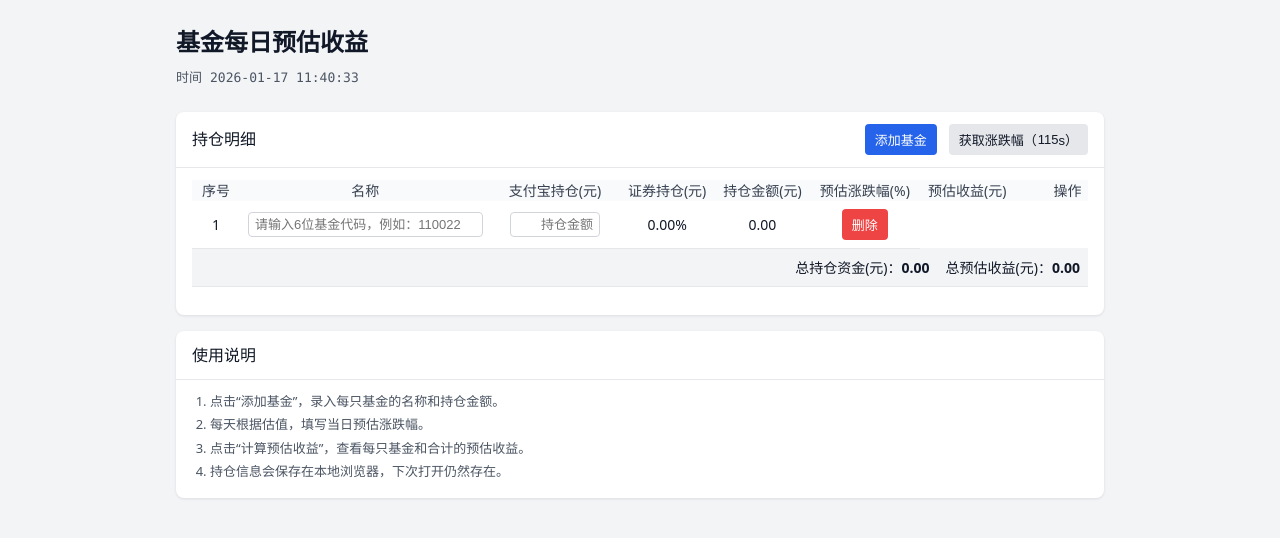
Repository: zt-boom/finance
Page: index.html
The author's editor kept a copy of each file at every save. The page is drawn from the files as they stood at one save, then again after the next save.
The browser window is 1280 px wide. The pictures show the whole page.

Above is the page before, as saved 2026-01-17 14:36:52.

### index.html
<!DOCTYPE html>
<html lang="zh-CN">
<head>
<meta charset="UTF-8">
<title>基金每日预估收益</title>
<meta name="viewport" content="width=device-width,initial-scale=1">
<link rel="stylesheet" href="./style.css">
</head>
<body>
<div class="app">
<header class="app-header">
<h1>基金每日预估收益</h1>
<div class="date-row">
<span>时间</span>
<span id="current-date"></span>
</div>
</header>
<main class="app-main">
<section class="card">
<div class="card-header">
<h2>持仓明细</h2>
<div class="card-header-actions">
<button id="add-fund-btn" class="primary-button">添加基金</button>
<button id="fetch-percent-btn" class="secondary-button">
获取涨跌幅（<span id="auto-refresh-countdown">120</span>s）
</button>
</div>
</div>
<div class="card-body">
<div class="table-wrapper">
<table class="fund-table">
<thead>
<tr>
<th class="index-col">序号</th>
<th>名称</th>
<th>支付宝持仓(元)</th>
<th>证券持仓(元)</th>
<th>持仓金额(元)</th>
<th>预估涨跌幅(%)</th>
<th>预估收益(元)</th>
<th>操作</th>
</tr>
</thead>
<tbody id="fund-table-body"></tbody>
<tfoot>
<tr class="summary-row">
<td colspan="8">
<div class="summary-items">
<div class="summary-left">
<span>总持仓资金(元)：<strong id="total-amount">0.00</strong></span>
<span>总预估收益(元)：<strong id="total-profit">0.00</strong></span>
</div>
</div>
</td>
</tr>
</tfoot>
</table>
</div>
</div>
</section>
<section class="card">
<div class="card-header">
<h2>使用说明</h2>
</div>
<div class="card-body instructions">
<ol>
<li>点击“添加基金”，录入每只基金的名称和持仓金额。</li>
<li>每天根据估值，填写当日预估涨跌幅。</li>
<li>点击“计算预估收益”，查看每只基金和合计的预估收益。</li>
<li>持仓信息会保存在本地浏览器，下次打开仍然存在。</li>
</ol>
</div>
</section>
</main>
</div>
<script src="./main.js"></script>
</body>
</html>

### style.css
* {
box-sizing: border-box;
margin: 0;
padding: 0;
}

body {
font-family: system-ui, -apple-system, BlinkMacSystemFont, "Segoe UI", sans-serif;
background-color: #f3f4f6;
color: #111827;
line-height: 1.5;
}

.app {
max-width: 960px;
margin: 0 auto;
padding: 24px 16px 40px;
}

.app-header {
display: flex;
flex-direction: column;
gap: 8px;
margin-bottom: 24px;
}

.app-header h1 {
font-size: 24px;
font-weight: 600;
color: #111827;
}

.date-row {
display: flex;
gap: 8px;
align-items: center;
font-size: 13px;
color: #4b5563;
}

.date-row span:last-child {
font-family: ui-monospace, SFMono-Regular, Menlo, Monaco, Consolas, "Liberation Mono", "Courier New", monospace;
font-variant-numeric: tabular-nums;
}

.app-main {
display: flex;
flex-direction: column;
gap: 16px;
}

.card {
background-color: #ffffff;
border-radius: 8px;
box-shadow: 0 1px 3px rgba(15, 23, 42, 0.1);
overflow: hidden;
}

.card-header {
display: flex;
justify-content: space-between;
align-items: center;
padding: 12px 16px;
border-bottom: 1px solid #e5e7eb;
}

.card-header h2 {
font-size: 16px;
font-weight: 500;
}

.card-header-actions {
display: flex;
align-items: center;
gap: 12px;
}

.card-body {
padding: 12px 16px 16px;
}

.table-wrapper {
overflow-x: auto;
margin-bottom: 12px;
}

.fund-table {
width: 100%;
border-collapse: collapse;
font-size: 14px;
}

.fund-table td {
border-bottom: 1px solid #e5e7eb;
padding: 8px;
text-align: left;
}

.fund-table th.index-col,
.fund-table td[data-role="row-index"] {
width: 48px;
text-align: center;
}

.fund-table td:nth-child(3),
.fund-table td:nth-child(4),
.fund-table td:nth-child(5),
.fund-table td:nth-child(6),
.fund-table td:nth-child(7) {
text-align: center;
}

.fund-table thead {
background-color: #f9fafb;
}

.fund-table th {
font-weight: 500;
color: #374151;
text-align: center;
}

.fund-table tbody tr:nth-child(even) {
background-color: #f9fafb;
}

.fund-table input {
width: 100%;
padding: 4px 6px;
font-size: 13px;
border-radius: 4px;
border: 1px solid #d1d5db;
outline: none;
text-align: right;
}

.fund-table input.narrow-number-input {
width: 90px;
margin: 0 auto;
}

.fund-table td:nth-child(2) input {
text-align: left;
}

.fund-table th:nth-child(8),
.fund-table td:nth-child(8) {
padding-left: 32px;
}

.fund-table input[type="number"]::-webkit-outer-spin-button,
.fund-table input[type="number"]::-webkit-inner-spin-button {
-webkit-appearance: none;
margin: 0;
}

.fund-table input[type="number"] {
-moz-appearance: textfield;
}

.fund-table input:focus {
border-color: #2563eb;
box-shadow: 0 0 0 1px rgba(37, 99, 235, 0.2);
}

.value-positive {
color: #ef4444;
}

.value-negative {
color: #10b981;
}

.value-zero {
color: #6b7280;
}

.summary-row td {
font-weight: 600;
color: #111827;
background-color: #f3f4f6;
}

.summary-items {
display: flex;
flex-wrap: wrap;
gap: 4px 16px;
justify-content: flex-end;
align-items: center;
}

#auto-refresh-countdown {
display: inline-block;
width: 3ch;
text-align: right;
}

.summary-items span {
font-weight: 500;
white-space: nowrap;
}

.summary-left {
display: flex;
flex-wrap: wrap;
gap: 4px 16px;
align-items: center;
}

.primary-button,
.secondary-button,
.danger-button {
border-radius: 4px;
border: none;
cursor: pointer;
font-size: 13px;
padding: 6px 10px;
display: inline-flex;
align-items: center;
justify-content: center;
}

.primary-button {
background-color: #2563eb;
color: #ffffff;
}

.primary-button:hover {
background-color: #1d4ed8;
}

.secondary-button {
background-color: #e5e7eb;
color: #111827;
}

.secondary-button:hover {
background-color: #d1d5db;
}

.danger-button {
background-color: #ef4444;
color: #ffffff;
}

.danger-button:hover {
background-color: #dc2626;
}

.actions-row {
display: none;
}

.instructions {
font-size: 13px;
color: #4b5563;
}

.instructions ol {
padding-left: 18px;
display: flex;
flex-direction: column;
gap: 4px;
}

@media (max-width: 640px) {
.app {
padding-inline: 12px;
}
.card-header {
flex-direction: column;
gap: 8px;
align-items: flex-start;
}
}

### main.js
const STORAGE_KEY = "fund_holdings_v1";

function formatCurrency(value) {
if (Number.isNaN(value)) return "0.00";
return value.toFixed(2);
}

function formatNumber(value) {
if (Number.isNaN(value)) return "";
return value.toFixed(2);
}

function getTodayDateString() {
const now = new Date();
const year = String(now.getFullYear());
const month = String(now.getMonth() + 1).padStart(2, "0");
const day = String(now.getDate()).padStart(2, "0");
const hours = String(now.getHours()).padStart(2, "0");
const minutes = String(now.getMinutes()).padStart(2, "0");
const seconds = String(now.getSeconds()).padStart(2, "0");
return `${year}-${month}-${day} ${hours}:${minutes}:${seconds}`;
}

const fundJsonpRequests = [];

function ensureJsonpHandler() {
if (window._fundJsonpInitialized) {
return;
}
window._fundJsonpInitialized = true;
window.jsonpgz = function (data) {
if (!data || !data.fundcode) {
return;
}
const code = data.fundcode;
while (true) {
let index = -1;
for (let i = 0; i < fundJsonpRequests.length; i += 1) {
if (fundJsonpRequests[i].code === code) {
index = i;
break;
}
}
if (index === -1) {
break;
}
const request = fundJsonpRequests.splice(index, 1)[0];
try {
const value = request.transform ? request.transform(data) : data;
request.resolve(value);
} catch (e) {
if (request.reject) {
if (e instanceof Error) {
request.reject(e);
} else {
request.reject(new Error("解析基金数据失败"));
}
}
}
}
};
}

function fetchFundEstimate(code) {
return new Promise((resolve, reject) => {
if (!code) {
reject(new Error("缺少基金代码"));
return;
}
ensureJsonpHandler();
fundJsonpRequests.push({
code,
resolve,
reject,
transform: data => {
const percent = parseFloat(data.gszzl);
if (Number.isNaN(percent)) {
throw new Error("无效的涨跌幅数据");
}
return percent;
}
});
const script = document.createElement("script");
script.src = `https://fundgz.1234567.com.cn/js/${code}.js?rt=${Date.now()}`;
script.onerror = () => {
for (let i = 0; i < fundJsonpRequests.length; i += 1) {
if (fundJsonpRequests[i].code === code) {
const request = fundJsonpRequests.splice(i, 1)[0];
request.reject(new Error("获取基金数据失败"));
break;
}
}
};
document.body.appendChild(script);
});
}

function fetchFundInfo(code) {
return new Promise((resolve, reject) => {
if (!code) {
reject(new Error("缺少基金代码"));
return;
}
ensureJsonpHandler();
fundJsonpRequests.push({
code,
resolve,
reject,
transform: data => data
});
const script = document.createElement("script");
script.src = `https://fundgz.1234567.com.cn/js/${code}.js?rt=${Date.now()}`;
script.onerror = () => {
for (let i = 0; i < fundJsonpRequests.length; i += 1) {
if (fundJsonpRequests[i].code === code) {
const request = fundJsonpRequests.splice(i, 1)[0];
request.reject(new Error("获取基金数据失败"));
break;
}
}
};
document.body.appendChild(script);
});
}

function parseFundCodeFromName(name) {
if (!name) return null;
const match = name.match(/(\d{6})/);
if (!match) {
return null;
}
return match[1];
}

function loadHoldingsFromStorage() {
try {
const raw = window.localStorage.getItem(STORAGE_KEY);
if (!raw) return [];
const parsed = JSON.parse(raw);
if (!Array.isArray(parsed)) return [];
return parsed;
} catch (e) {
return [];
}
}

function saveHoldingsToStorage(holdings) {
try {
const serialized = JSON.stringify(holdings);
window.localStorage.setItem(STORAGE_KEY, serialized);
} catch (e) {
}
}

function createTableRow(fund) {
const tr = document.createElement("tr");
const indexTd = document.createElement("td");
const nameTd = document.createElement("td");
const amountTd = document.createElement("td");
const percentTd = document.createElement("td");
const profitTd = document.createElement("td");
const actionsTd = document.createElement("td");
const nameInput = document.createElement("input");
nameInput.type = "text";
nameInput.value = fund.name || "";
nameInput.placeholder = "请输入6位基金代码，例如：110022";
nameInput.addEventListener("change", handleStorageUpdate);
nameInput.addEventListener("keydown", event => {
if (event.key === "Enter") {
event.preventDefault();
const raw = nameInput.value.trim();
const code = parseFundCodeFromName(raw);
if (!code) {
window.alert("请先输入6位基金代码");
return;
}
const rows = document.querySelectorAll('tr[data-role="fund-row"]');
let duplicate = false;
rows.forEach(row => {
const inputs = row.querySelectorAll("input");
const otherNameInput = inputs[0];
if (!otherNameInput || otherNameInput === nameInput) {
return;
}
const otherCode = parseFundCodeFromName(otherNameInput.value.trim());
if (otherCode && otherCode === code) {
duplicate = true;
}
});
if (duplicate) {
window.alert("该基金代码已存在，请不要重复添加");
return;
}
nameInput.disabled = true;
fetchFundInfo(code).then(data => {
nameInput.disabled = false;
if (!data || !data.name) {
window.alert("未能获取基金名称，请检查基金代码");
return;
}
nameInput.value = `${code}  ${data.name}`;
handleStorageUpdate();
}).catch(() => {
nameInput.disabled = false;
window.alert("未能获取基金名称，请检查基金代码或网络连接");
});
}
});
const amountInput = document.createElement("input");
amountInput.type = "number";
amountInput.step = "0.01";
amountInput.min = "0";
amountInput.value = fund.amount != null ? String(fund.amount) : "";
amountInput.placeholder = "持仓金额";
amountInput.addEventListener("change", handleStorageUpdate);
amountInput.className = "narrow-number-input";
const percentSpan = document.createElement("span");
percentSpan.textContent = "0.00%";
const profitSpan = document.createElement("span");
profitSpan.textContent = "0.00";
const deleteButton = document.createElement("button");
deleteButton.textContent = "删除";
deleteButton.className = "danger-button";
deleteButton.addEventListener("click", () => {
const inputs = tr.querySelectorAll("input");
const nameValue = inputs[0] ? inputs[0].value.trim() : "";
const amountValue = inputs[1] ? inputs[1].value.trim() : "";
const isEmptyRow = !nameValue && !amountValue;
if (!isEmptyRow) {
const confirmed = window.confirm("确定要删除这条持仓记录吗？");
if (!confirmed) {
return;
}
}
tr.remove();
handleStorageUpdate();
calculateProfit();
updateRowIndices();
});
indexTd.dataset.role = "row-index";
percentTd.dataset.role = "percent-cell";
profitTd.dataset.role = "profit-cell";
nameTd.appendChild(nameInput);
amountTd.appendChild(amountInput);
percentTd.appendChild(percentSpan);
profitTd.appendChild(profitSpan);
actionsTd.appendChild(deleteButton);
tr.appendChild(indexTd);
tr.appendChild(nameTd);
tr.appendChild(amountTd);
tr.appendChild(percentTd);
tr.appendChild(profitTd);
tr.appendChild(actionsTd);
tr.dataset.role = "fund-row";
return tr;
}

function readHoldingsFromTable() {
const rows = document.querySelectorAll('tr[data-role="fund-row"]');
const holdings = [];
rows.forEach(row => {
const inputs = row.querySelectorAll("input");
const nameInput = inputs[0];
const amountInput = inputs[1];
const name = nameInput.value.trim();
const amount = parseFloat(amountInput.value);
if (!name && (Number.isNaN(amount) || amount <= 0)) {
return;
}
holdings.push({
name,
amount: Number.isNaN(amount) ? 0 : amount
});
});
return holdings;
}

function handleStorageUpdate() {
const holdings = readHoldingsFromTable();
saveHoldingsToStorage(holdings);
}

function populateTableFromStorage() {
const tbody = document.getElementById("fund-table-body");
tbody.innerHTML = "";
const holdings = loadHoldingsFromStorage();
if (holdings.length === 0) {
const row = createTableRow({ name: "", amount: null });
tbody.appendChild(row);
updateRowIndices();
return;
}
holdings.forEach(fund => {
const row = createTableRow(fund);
tbody.appendChild(row);
});
updateRowIndices();
}

function calculateProfit() {
const rows = document.querySelectorAll('tr[data-role="fund-row"]');
let totalProfit = 0;
let totalHoldingAmount = 0;
let activeAmount = 0;
rows.forEach(row => {
const inputs = row.querySelectorAll("input");
const amountInput = inputs[1];
const amount = parseFloat(amountInput.value);
const percentCell = row.querySelector('td[data-role="percent-cell"] span');
const percent = percentCell ? parseFloat(percentCell.textContent) : NaN;
const profitCell = row.querySelector('td[data-role="profit-cell"] span');
if (!Number.isNaN(amount)) {
totalHoldingAmount += amount;
}
if (Number.isNaN(amount) || Number.isNaN(percent)) {
profitCell.textContent = "0.00";
applyProfitColor(profitCell, 0);
return;
}
const profit = amount * percent / 100;
totalProfit += profit;
activeAmount += amount;
profitCell.textContent = formatCurrency(profit);
applyProfitColor(profitCell, profit);
});
const totalAmountElement = document.getElementById("total-amount");
const totalPercentElement = document.getElementById("total-percent");
if (totalAmountElement) {
totalAmountElement.textContent = formatCurrency(totalHoldingAmount);
}
if (totalPercentElement) {
const totalPercent = activeAmount > 0 ? (totalProfit / activeAmount) * 100 : 0;
totalPercentElement.textContent = formatCurrency(totalPercent);
}
const totalProfitElement = document.getElementById("total-profit");
totalProfitElement.textContent = formatCurrency(totalProfit);
applyProfitColor(totalProfitElement, totalProfit);
}

function autoFetchPercentages(options) {
const useButton = !options || options.useButton !== false;
const showAlert = !options || options.showAlert !== false;
const rows = document.querySelectorAll('tr[data-role="fund-row"]');
const promises = [];
rows.forEach(row => {
const inputs = row.querySelectorAll("input");
const nameInput = inputs[0];
const name = nameInput ? nameInput.value.trim() : "";
const code = parseFundCodeFromName(name);
if (!code) {
return;
}
const percentCell = row.querySelector('td[data-role="percent-cell"] span');
if (!percentCell) {
return;
}
const promise = fetchFundEstimate(code).then(percent => {
const value = formatNumber(percent);
percentCell.textContent = `${value}%`;
return true;
}).catch(() => false);
promises.push(promise);
});
if (promises.length === 0) {
if (showAlert) {
window.alert("请先在名称中输入包含6位基金代码的内容");
}
return;
}
const fetchButton = useButton ? document.getElementById("fetch-percent-btn") : null;
if (fetchButton) {
fetchButton.disabled = true;
}
Promise.all(promises).then(results => {
const successCount = results.filter(Boolean).length;
if (fetchButton) {
fetchButton.disabled = false;
}
if (successCount === 0) {
if (showAlert) {
window.alert("未能获取任何基金的预估涨跌幅，请检查基金代码或网络连接");
}
return;
}
calculateProfit();
});
}

function applyProfitColor(element, value) {
if (!element) {
return;
}
element.classList.remove("value-positive", "value-negative", "value-zero");
if (Number.isNaN(value)) {
return;
}
if (value > 0) {
element.classList.add("value-positive");
} else if (value < 0) {
element.classList.add("value-negative");
} else {
element.classList.add("value-zero");
}
}

function initApp() {
const dateElement = document.getElementById("current-date");
if (dateElement) {
dateElement.textContent = getTodayDateString();
}
populateTableFromStorage();
const addFundButton = document.getElementById("add-fund-btn");
const fetchPercentButton = document.getElementById("fetch-percent-btn");
const countdownElement = document.getElementById("auto-refresh-countdown");
const autoRefreshSeconds = 120;
let remainingSeconds = autoRefreshSeconds;
function updateCountdown() {
if (countdownElement) {
countdownElement.textContent = String(remainingSeconds);
}
}
function resetCountdown() {
remainingSeconds = autoRefreshSeconds;
updateCountdown();
}
updateCountdown();
if (addFundButton) {
addFundButton.addEventListener("click", () => {
const tbody = document.getElementById("fund-table-body");
const row = createTableRow({ name: "", amount: null });
tbody.appendChild(row);
updateRowIndices();
});
}
if (fetchPercentButton) {
fetchPercentButton.addEventListener("click", () => {
autoFetchPercentages({ useButton: true, showAlert: true });
resetCountdown();
});
}
if (dateElement) {
setInterval(() => {
dateElement.textContent = getTodayDateString();
}, 1000);
}
setInterval(() => {
remainingSeconds -= 1;
if (remainingSeconds <= 0) {
autoFetchPercentages({ useButton: false, showAlert: false });
remainingSeconds = autoRefreshSeconds;
}
updateCountdown();
}, 1000);
}

function updateRowIndices() {
const rows = document.querySelectorAll('tr[data-role="fund-row"]');
rows.forEach((row, index) => {
const indexCell = row.querySelector('td[data-role="row-index"]');
if (indexCell) {
indexCell.textContent = String(index + 1);
}
});
}

if (document.readyState === "loading") {
document.addEventListener("DOMContentLoaded", initApp);
} else {
initApp();
}

After the next save:
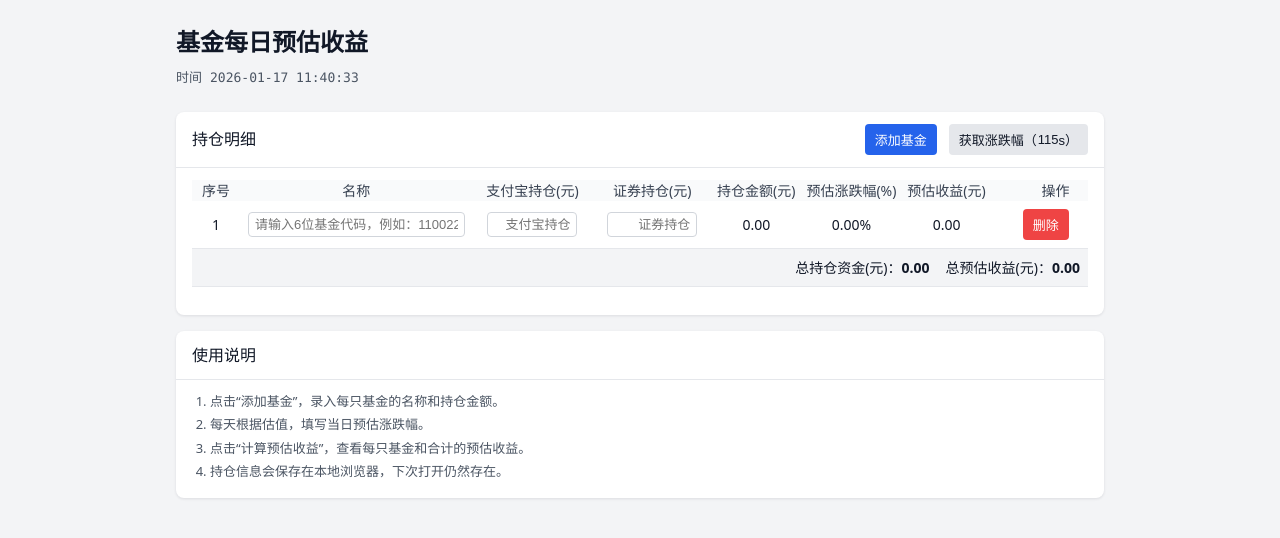
Saved 16 s later.
--- a/main.js
+++ b/main.js
@@ -156,6 +156,8 @@ function createTableRow(fund) {
 const tr = document.createElement("tr");
 const indexTd = document.createElement("td");
 const nameTd = document.createElement("td");
+const zfbAmountTd = document.createElement("td");
+const stockAmountTd = document.createElement("td");
 const amountTd = document.createElement("td");
 const percentTd = document.createElement("td");
 const profitTd = document.createElement("td");
@@ -206,14 +208,25 @@ window.alert("未能获取基金名称，请检查基金代码或网络连接");
 });
 }
 });
-const amountInput = document.createElement("input");
-amountInput.type = "number";
-amountInput.step = "0.01";
-amountInput.min = "0";
-amountInput.value = fund.amount != null ? String(fund.amount) : "";
-amountInput.placeholder = "持仓金额";
-amountInput.addEventListener("change", handleStorageUpdate);
-amountInput.className = "narrow-number-input";
+const zfbInput = document.createElement("input");
+zfbInput.type = "number";
+zfbInput.step = "0.01";
+zfbInput.min = "0";
+zfbInput.value = fund.zfbAmount != null ? String(fund.zfbAmount) : "";
+zfbInput.placeholder = "支付宝持仓";
+zfbInput.addEventListener("change", handleStorageUpdate);
+zfbInput.className = "narrow-number-input";
+const stockInput = document.createElement("input");
+stockInput.type = "number";
+stockInput.step = "0.01";
+stockInput.min = "0";
+stockInput.value = fund.stockAmount != null ? String(fund.stockAmount) : "";
+stockInput.placeholder = "证券持仓";
+stockInput.addEventListener("change", handleStorageUpdate);
+stockInput.className = "narrow-number-input";
+const amountSpan = document.createElement("span");
+amountSpan.dataset.role = "amount-display";
+amountSpan.textContent = "0.00";
 const percentSpan = document.createElement("span");
 percentSpan.textContent = "0.00%";
 const profitSpan = document.createElement("span");
@@ -224,8 +237,9 @@ deleteButton.className = "danger-button";
 deleteButton.addEventListener("click", () => {
 const inputs = tr.querySelectorAll("input");
 const nameValue = inputs[0] ? inputs[0].value.trim() : "";
-const amountValue = inputs[1] ? inputs[1].value.trim() : "";
-const isEmptyRow = !nameValue && !amountValue;
+const zfbValue = inputs[1] ? inputs[1].value.trim() : "";
+const stockValue = inputs[2] ? inputs[2].value.trim() : "";
+const isEmptyRow = !nameValue && !zfbValue && !stockValue;
 if (!isEmptyRow) {
 const confirmed = window.confirm("确定要删除这条持仓记录吗？");
 if (!confirmed) {
@@ -241,12 +255,16 @@ indexTd.dataset.role = "row-index";
 percentTd.dataset.role = "percent-cell";
 profitTd.dataset.role = "profit-cell";
 nameTd.appendChild(nameInput);
-amountTd.appendChild(amountInput);
+zfbAmountTd.appendChild(zfbInput);
+stockAmountTd.appendChild(stockInput);
+amountTd.appendChild(amountSpan);
 percentTd.appendChild(percentSpan);
 profitTd.appendChild(profitSpan);
 actionsTd.appendChild(deleteButton);
 tr.appendChild(indexTd);
 tr.appendChild(nameTd);
+tr.appendChild(zfbAmountTd);
+tr.appendChild(stockAmountTd);
 tr.appendChild(amountTd);
 tr.appendChild(percentTd);
 tr.appendChild(profitTd);
